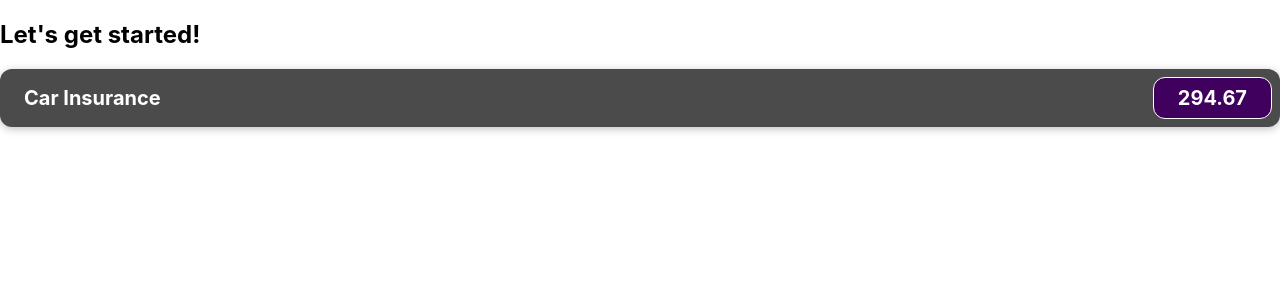
Repository: andresmazza/react-lesson
Page: /
The author's editor kept a copy of each file at every save. The page is drawn from the files as they stood at one save, then again after the next save.
The browser window is 1280 px wide. The pictures show the whole page.
The project was rebuilt for these pictures with package versions that can differ from the ones it lists, and the page was loaded fresh each time. Also part of the build but not shown: src/App.css.

Above is the page before, as saved 2023-04-07 23:12:49.

### src/App.js
import logo from './logo.svg';
import './App.css';
import ExpenseItem from './components/ExpenseItem';
function App() {
  return (
    <div>
      <h2>Let's get started!</h2>
      <ExpenseItem></ExpenseItem>
    </div>
  );
}

export default App;

### src/components/ExpenseItem.js

import './ExpenseItem.css';

function ExpenseItem() {
    const expenseDate = new Date();
    const expenseTitle = 'Car Insurance';
    const expenseAmount = 294.67;

    return (
      <div className='expense-item'>
        <div>{expenseDate.toISOString}</div>
        <div className='expense-item__description'>
            <h2>{expenseTitle}</h2>
            <div className='expense-item__price'>{expenseAmount}</div>
        </div>
      </div>
    );
  }

export default ExpenseItem;

### src/components/ExpenseItem.css
.expense-item {
  display: flex;
  justify-content: space-between;
  align-items: center;
  box-shadow: 0 2px 8px rgba(0, 0, 0, 0.25);
  padding: 0.5rem;
  margin: 1rem 0;
  border-radius: 12px;
  background-color: #4b4b4b;
}

.expense-item__description {
  display: flex;
  flex-direction: column;
  gap: 1rem;
  align-items: flex-end;
  flex-flow: column-reverse;
  justify-content: flex-start;
  flex: 1;
}

.expense-item h2 {
  color: #3a3a3a;
  font-size: 1rem;
  flex: 1;
  margin: 0 1rem;
  color: white;
}

.expense-item__price {
  font-size: 1rem;
  font-weight: bold;
  color: white;
  background-color: #40005d;
  border: 1px solid white;
  padding: 0.5rem;
  border-radius: 12px;
}

@media (min-width: 580px) {
  .expense-item__description {
    flex-direction: row;
    align-items: center;
    justify-content: flex-start;
    flex: 1;
  }

  .expense-item__description h2 {
    font-size: 1.25rem;
  }

  .expense-item__price {
    font-size: 1.25rem;
    padding: 0.5rem 1.5rem;
  }
}

Loaded but not shown: public/index.html (common file); src/index.js (common file); src/index.css (common file); src/reportWebVitals.js (common file)

After the next save:
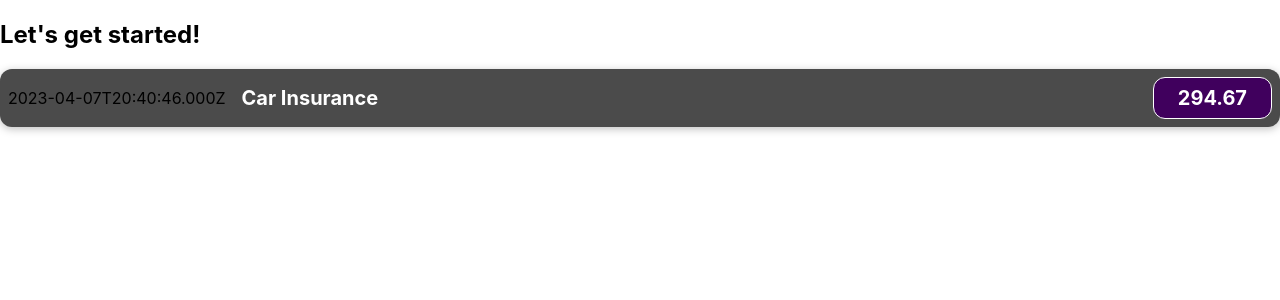
Saved 5 s later.
--- a/src/components/ExpenseItem.js
+++ b/src/components/ExpenseItem.js
@@ -8,7 +8,7 @@ function ExpenseItem() {
 
     return (
       <div className='expense-item'>
-        <div>{expenseDate.toISOString}</div>
+        <div>{expenseDate.toISOString()}</div>
         <div className='expense-item__description'>
             <h2>{expenseTitle}</h2>
             <div className='expense-item__price'>{expenseAmount}</div>
